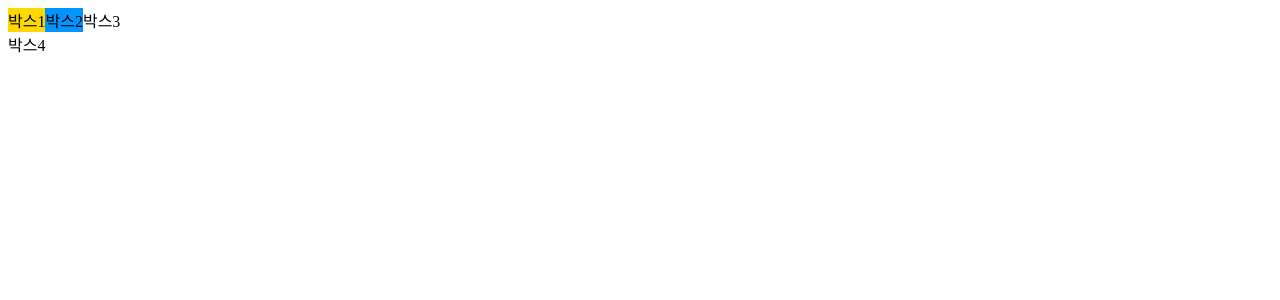
Repository: topyoungil/CodeMemories-ByJake
Page: HTML_CSS/WebContent/test/1003_css/float-3.html
An editor plug-in stored every save of this project. The page is shown before and after a run of saves, followed by the edit.
The browser window is 1280 px wide. The pictures show the whole page.

Above is the page before, as saved 2022-10-03 06:08:01.

After the next 2 saves:
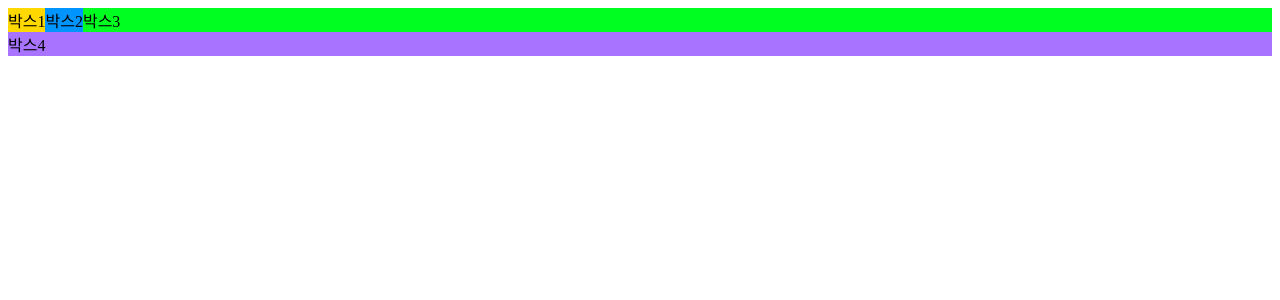
The 2 saves are shown as one change because they came seconds apart.
The last was saved 62 s later.
--- a/HTML_CSS/WebContent/test/1003_css/float-3.html
+++ b/HTML_CSS/WebContent/test/1003_css/float-3.html
@@ -12,8 +12,13 @@
 		background: #0094ff;
 		float: left;
 	}
-
-
+	#box3 {
+		background: #00ff21;
+	}
+	#box4 {
+		background: #a874ff;
+		clear: left;
+	}
 </style>
 </head>
 <body>
